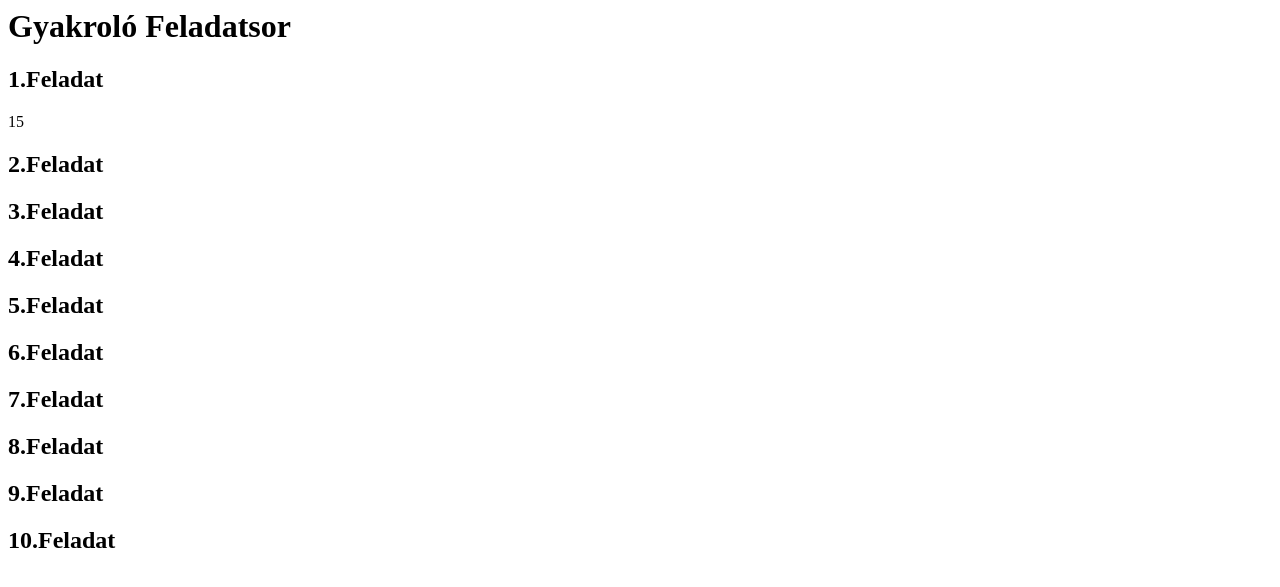
Repository: doomhyena/htdocs
Page: http://localhost/00.Home/02.masodikresz.php
The author's editor kept a copy of each file at every save. The page is drawn from the files as they stood at one save, then again after the next save.
The browser window is 1280 px wide. The pictures show the whole page.
The page is run by PHP 8.4 with error messages shown; the project is at /var/www/html/.

Above is the page before, as saved 2024-09-17 14:55:15.

### 00.Home/02.masodikresz.php
<?php

echo "<h1> Gyakroló Feladatsor </h1>";

echo "<h2> 1.Feladat </h2>";

$x = 10;
$y = 20;

$eredmeny = ($x + $y) / 2;

echo "$eredmeny";

echo "<h2> 2.Feladat </h2>";



echo "<h2> 3.Feladat </h2>";



echo "<h2> 4.Feladat </h2>";



echo "<h2> 5.Feladat </h2>";



echo "<h2> 6.Feladat </h2>";



echo "<h2> 7.Feladat </h2>";



echo "<h2> 8.Feladat </h2>";



echo "<h2> 9.Feladat </h2>";



echo "<h2> 10.Feladat </h2>";



?>

After the next save:
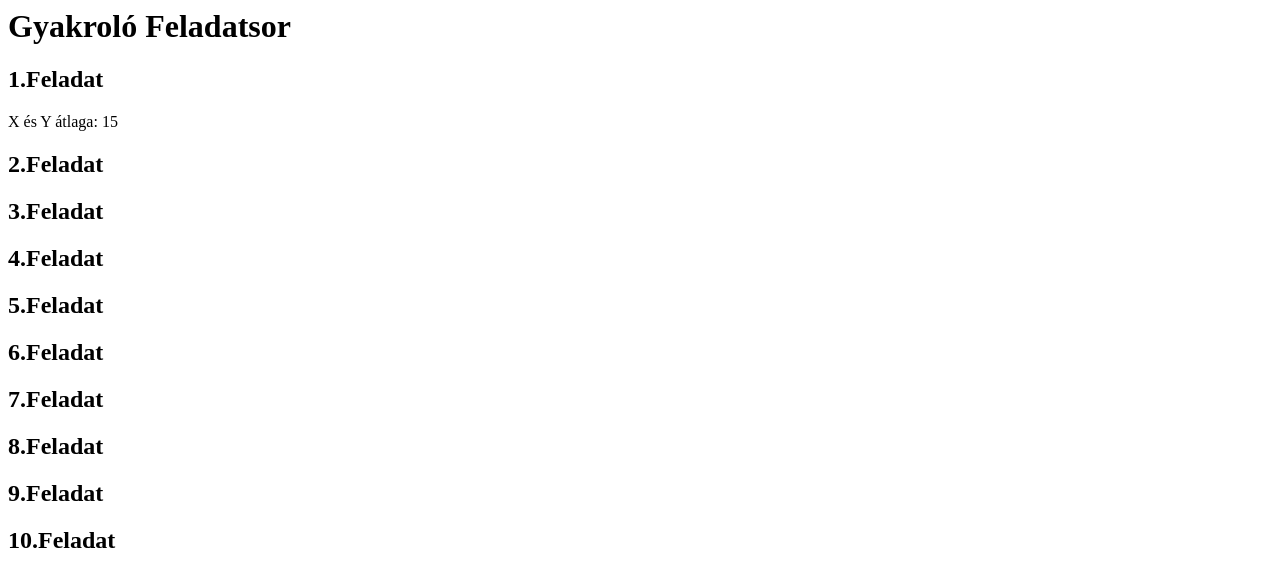
Saved 21 s later.
--- a/00.Home/02.masodikresz.php
+++ b/00.Home/02.masodikresz.php
@@ -9,7 +9,7 @@ $y = 20;
 
 $eredmeny = ($x + $y) / 2;
 
-echo "$eredmeny";
+echo "X és Y átlaga: $eredmeny";
 
 echo "<h2> 2.Feladat </h2>";
 
